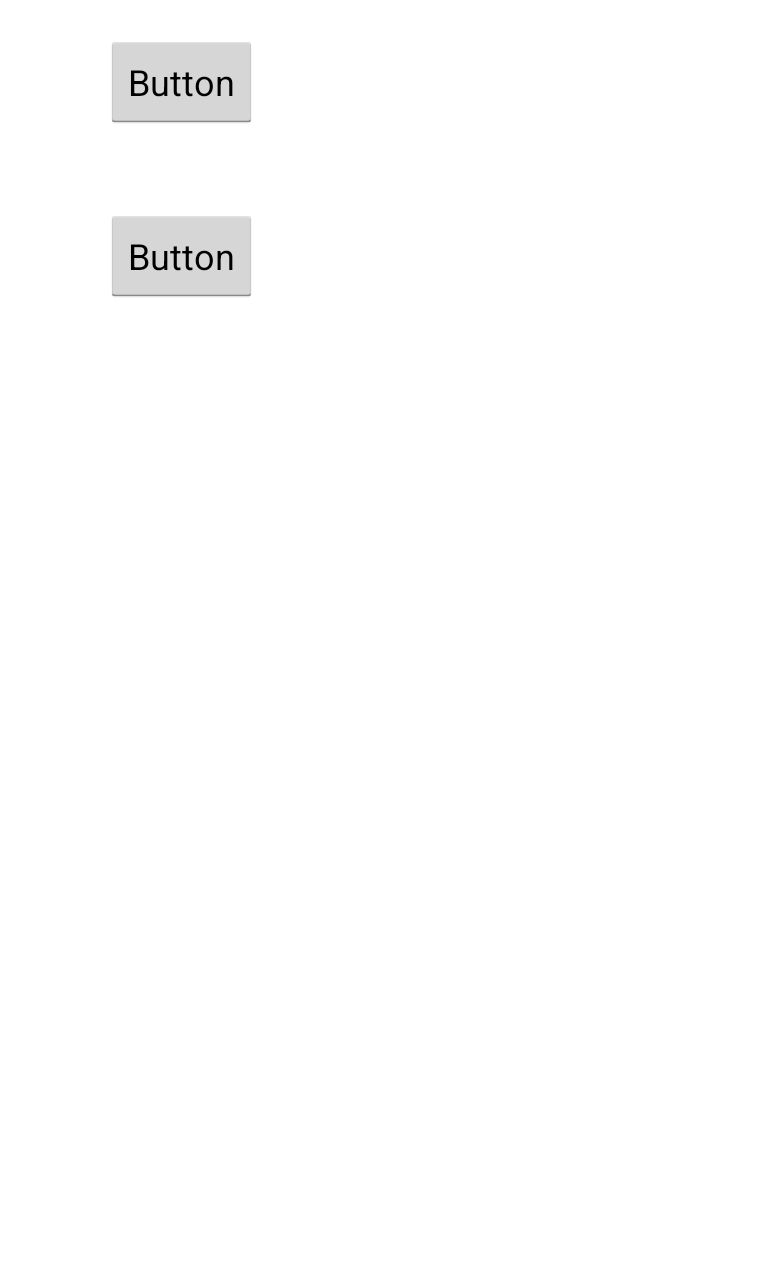
Repository: MonkeyZZZZ/OwnCode
Layout: a14SQLite/res/layout/activity_main.xml
These files come from the project's save history. The layout is drawn as it stood at one moment and after the next save; the edit follows.
It is drawn on a 768 x 1280 px phone screen (xhdpi) without system bars, with theme AppTheme; the app's code is not run.

Above is the layout before, as saved 2016-02-23 01:13:05.

### a14SQLite/res/layout/activity_main.xml
<RelativeLayout xmlns:android="http://schemas.android.com/apk/res/android"
    xmlns:tools="http://schemas.android.com/tools"
    android:layout_width="match_parent"
    android:layout_height="match_parent"
    tools:context=".MainActivity" >

    <Button
        android:id="@+id/button1"
        android:layout_width="wrap_content"
        android:layout_height="wrap_content"
        android:layout_alignParentLeft="true"
        android:layout_alignParentTop="true"
        android:layout_marginLeft="52dp"
        android:layout_marginTop="17dp"
        android:text="Button" />

    <Button
        android:id="@+id/button2"
        android:layout_width="wrap_content"
        android:layout_height="wrap_content"
        android:layout_alignLeft="@+id/button1"
        android:layout_below="@+id/button1"
        android:layout_marginTop="39dp"
        android:text="Button" />

</RelativeLayout>

Loaded but not shown: a14SQLite/res/values/styles.xml (common file); a14SQLite/res/values-v11/styles.xml (common file); a14SQLite/res/values-v14/styles.xml (common file)

After the next save:
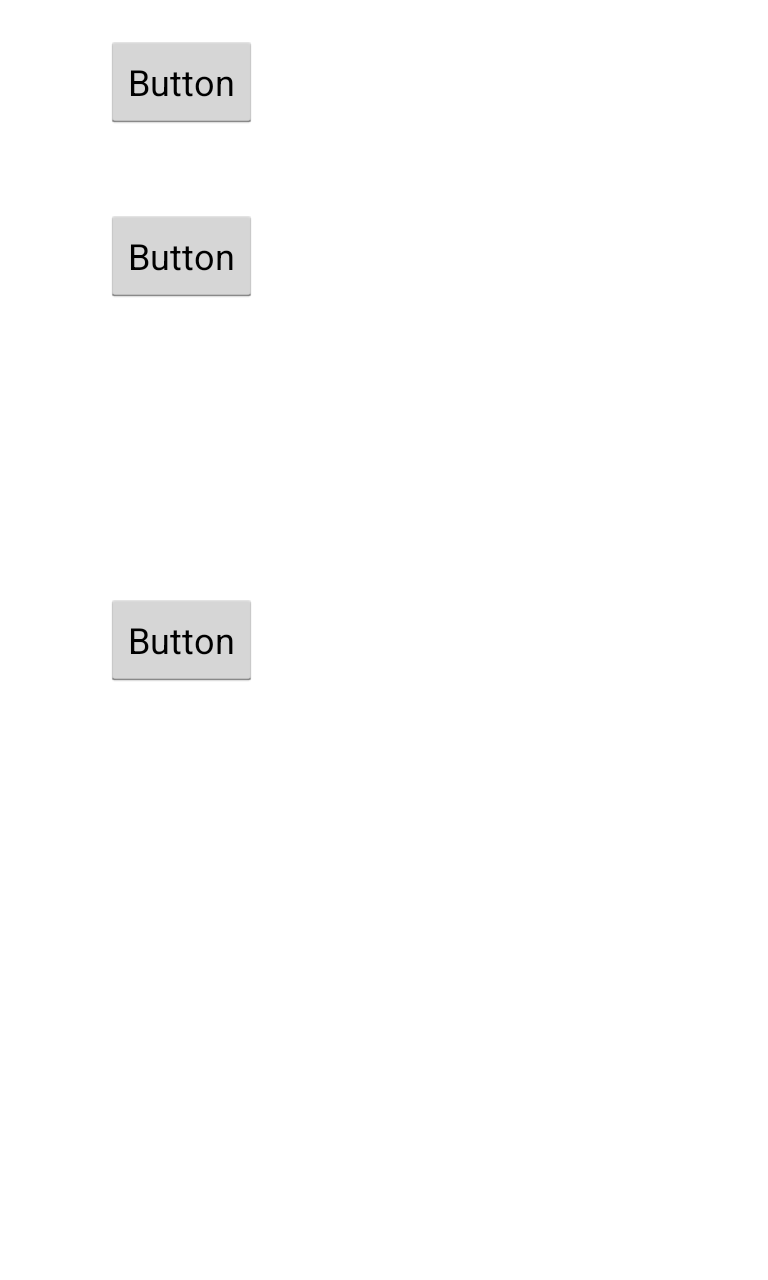
Saved 49 s later.
--- a/a14SQLite/res/layout/activity_main.xml
+++ b/a14SQLite/res/layout/activity_main.xml
@@ -23,4 +23,12 @@
         android:layout_marginTop="39dp"
         android:text="Button" />
 
+    <Button
+        android:id="@+id/button3"
+        android:layout_width="wrap_content"
+        android:layout_height="wrap_content"
+        android:layout_alignLeft="@+id/button2"
+        android:layout_centerVertical="true"
+        android:text="Button" />
+
 </RelativeLayout>
